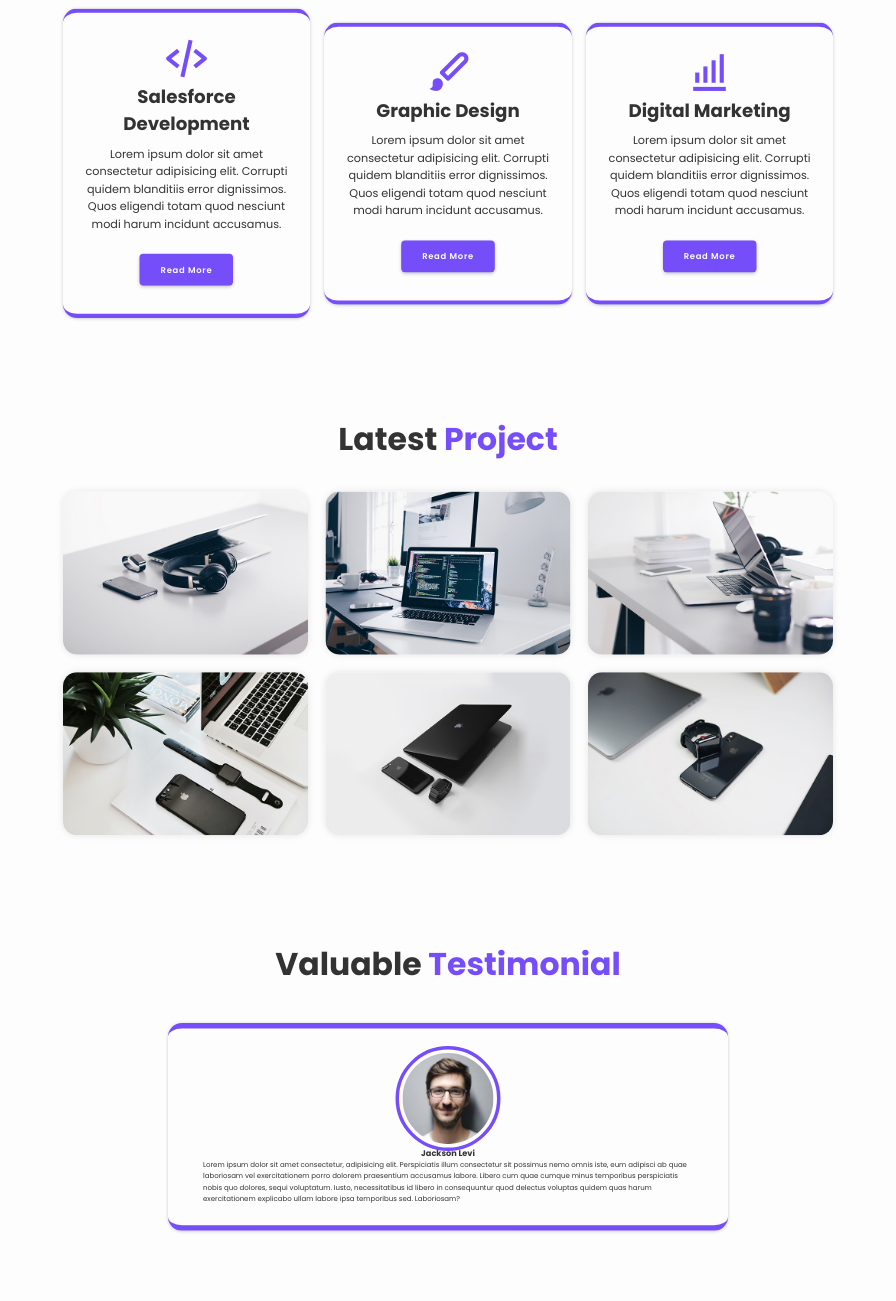
Repository: Gabi-Augusto/Portfolio
Page: index.html
An editor plug-in stored every save of this project. The page is shown before and after the next save, followed by the edit.
The browser window is 1280 px wide. The pictures show the part of the page from y = 1615 to 3535 px (the page is 3474 px tall before and 3535 px after), at 70% of full size.

Above is the page before, as saved 2023-11-29 19:51:30.

After the next save:
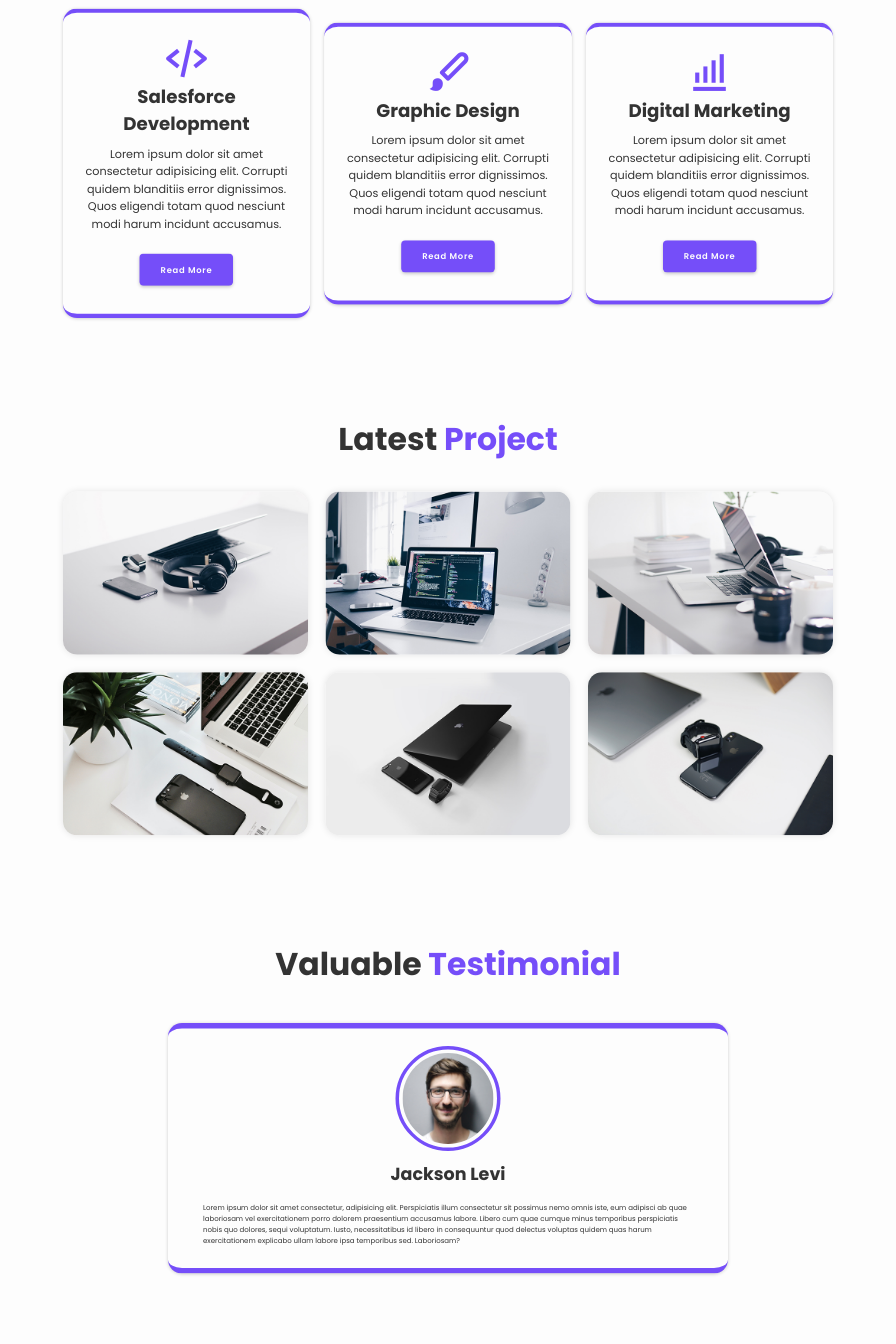
Saved 105 s later.
--- a/css/style.css
+++ b/css/style.css
@@ -451,3 +451,8 @@ span {
     border: .5rem solid var(--bg-color);
     outline: .5rem solid var(--main-color);
 }
+
+.testimonial-slide h3 {
+    font-size: 2.5rem;
+    margin: 2rem 0;
+}
